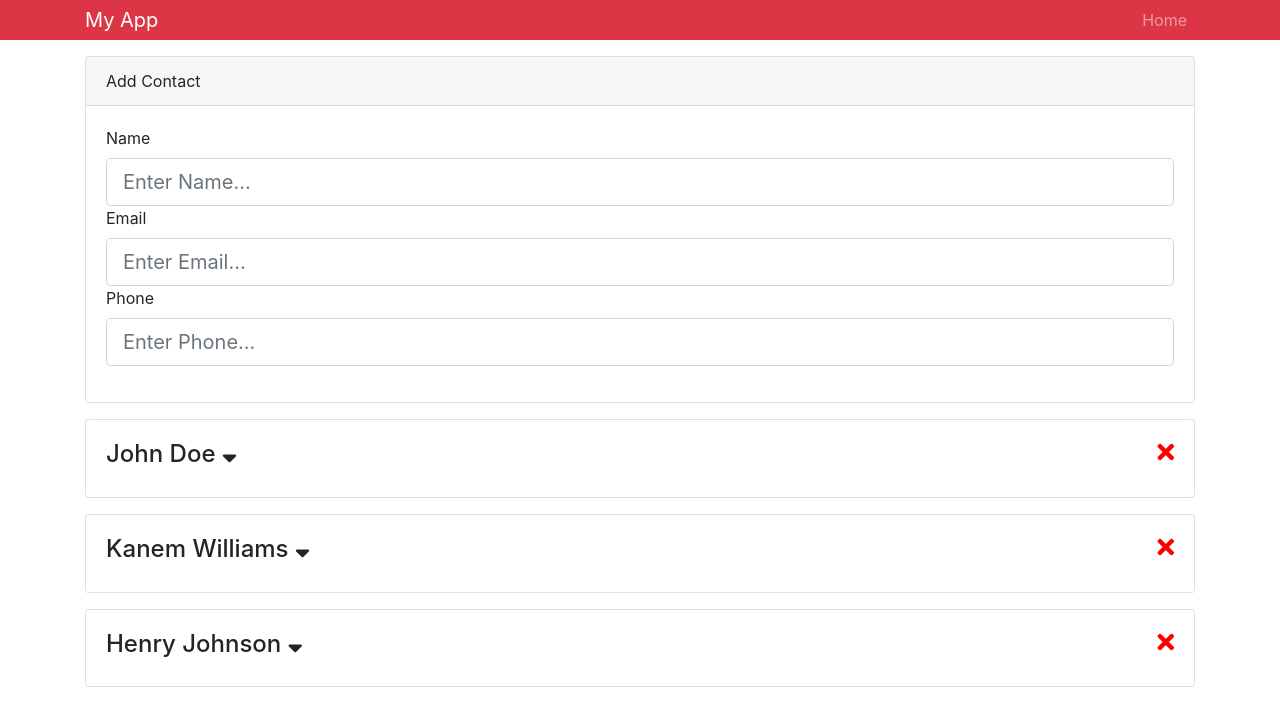
Repository: Mtbwka/contactmanager
Page: /
The author's editor kept a copy of each file at every save. The page is drawn from the files as they stood at one save, then again after a run of saves.
The browser window is 1280 px wide. The pictures show the whole page.
Some web libraries are served in a nearby version. The project was rebuilt for these pictures with package versions that can differ from the ones it lists, and the page was loaded fresh each time.

Above is the page before, as saved 2019-05-08 17:56:56.

### public/index.html
<!DOCTYPE html>
<html lang="en">
  <head>
    <meta charset="utf-8" />
    <link rel="shortcut icon" href="%PUBLIC_URL%/favicon.ico" />
    <meta
      name="viewport"
      content="width=device-width, initial-scale=1, shrink-to-fit=no"
    />
    <meta name="theme-color" content="#000000" />
    <link rel="stylesheet" href="https://use.fontawesome.com/releases/v5.1.1/css/all.css" integrity="sha384-O8whS3fhG2OnA5Kas0Y9l3cfpmYjapjI0E4theH4iuMD+pLhbf6JI0jIMfYcK3yZ" crossorigin="anonymous">
    <!--
      manifest.json provides metadata used when your web app is installed on a
      user's mobile device or desktop. See https://developers.google.com/web/fundamentals/web-app-manifest/
    -->
    <link rel="manifest" href="%PUBLIC_URL%/manifest.json" />
    <!--
      Notice the use of %PUBLIC_URL% in the tags above.
      It will be replaced with the URL of the `public` folder during the build.
      Only files inside the `public` folder can be referenced from the HTML.

      Unlike "/favicon.ico" or "favicon.ico", "%PUBLIC_URL%/favicon.ico" will
      work correctly both with client-side routing and a non-root public URL.
      Learn how to configure a non-root public URL by running `npm run build`.
    -->
    <title>React App</title>
  </head>
  <body>
    <noscript>You need to enable JavaScript to run this app.</noscript>
    <div id="root"></div>
    <!--
      This HTML file is a template.
      If you open it directly in the browser, you will see an empty page.

      You can add webfonts, meta tags, or analytics to this file.
      The build step will place the bundled scripts into the <body> tag.

      To begin the development, run `npm start` or `yarn start`.
      To create a production bundle, use `npm run build` or `yarn build`.
    -->
  </body>
</html>

### src/App.js
import React, { Component } from 'react';
import Contacts from './components/contacts/Contacts';
import Header from './components/layout/Header';
import AddContact from './components/contacts/AddContact';
import { Provider } from './context';

import 'bootstrap/dist/css/bootstrap.min.css';

class App extends Component {
  render() {
    return (
      <Provider>
        <div className='App'>
          <Header />
          <div className='container'>
            <AddContact />
            <Contacts />
          </div>
        </div>
      </Provider>
    );
  }
}

export default App;

### src/components/contacts/Contacts.js
import React, { Component } from 'react';
import Contact from './Contact.js';
import { Consumer } from '../../context';

class Contacts extends Component {
  render() {
    return (
      <Consumer>
        {value => {
          return (
            <React.Fragment>
              {value.contacts.map(contact => (
                <Contact key={contact.id} contact={contact} />
              ))}
            </React.Fragment>
          );
        }}
      </Consumer>
    );
  }
}

export default Contacts;

### src/components/layout/Header.js
import React from 'react';
import PropTypes from 'prop-types';

// export default function Header() {
//   return <div />;
// }

const Header = props => {
  const { branding } = props;
  return (
    <nav className="navbar navbar-expand-sm navbar-dark bg-danger mb-3 py-0">
      <div className="container">
        <a href="/" className="navbar-brand">{branding}</a>
        <div>
          <ul className="navbar-nav mr-auto">
            <li className="nav-item">
              <a href="/" className="nav-link">Home</a>
            </li>
          </ul>
        </div>
      </div>
    </nav>
  );
};

Header.defaultProps = {
  branding: 'My App'
};

Header.propTypes = {
  branding: PropTypes.string.isRequired
};

export default Header;

### src/components/contacts/AddContact.js
import React, { Component } from 'react';

class AddContact extends Component {
  state = {
    name: '',
    email: '',
    phone: ''
  };

  render() {
    return (
      <div className='card mb-3'>
        <div className='card-header'>Add Contact</div>
        <div className='card-body'>
          <form>
            <div className='form-group'>
              <label htmlFor='name'>Name</label>
              <input
                type='text'
                className='form-control form-control-lg'
                name='name'
                placeholder='Enter Name...'
              />
              <label htmlFor='email'>Email</label>
              <input
                type='email'
                className='form-control form-control-lg'
                name='email'
                placeholder='Enter Email...'
              />
              <label htmlFor='name'>Phone</label>
              <input
                type='text'
                className='form-control form-control-lg'
                name='phone'
                placeholder='Enter Phone...'
              />
            </div>
          </form>
        </div>
      </div>
    );
  }
}

export default AddContact;

### src/context.js
import React, { Component } from 'react';

const Context = React.createContext();

const reducer = (state, action) => {
  switch (action.type) {
    case 'DELETE_CONTACT':
      return {
        ...state,
        contacts: state.contacts.filter(
          contact => contact.id !== action.payload
        )
      };
    default:
      return state;
  }
};

export class Provider extends Component {
  state = {
    contacts: [
      {
        id: 1,
        name: 'John Doe',
        email: 'jdoe@gmail.com',
        phone: '555-555-5555'
      },
      {
        id: 2,
        name: 'Kanem Williams',
        email: 'karen@gmail.com',
        phone: '222-222-2222'
      },
      {
        id: 3,
        name: 'Henry Johnson',
        email: 'henry@gmail.com',
        phone: '111-111-1111'
      }
    ],
    dispatch: action => this.setState(state => reducer(state, action))
  };

  render() {
    return (
      <Context.Provider value={this.state}>
        {this.props.children}
      </Context.Provider>
    );
  }
}

export const Consumer = Context.Consumer;

### src/components/contacts/Contact.js
import React, { Component } from 'react';
import PropTypes from 'prop-types';
import { Consumer } from '../../context';

class Contact extends Component {
  state = {
    showContactInfo: false
  };

  onDeleteClick = (id, dispatch) => {
    dispatch({ type: 'DELETE_CONTACT', payload: id });
  };

  render() {
    const { id, name, email, phone } = this.props.contact;
    const { showContactInfo } = this.state;

    return (
      <Consumer>
        {value => {
          const { dispatch } = value;
          return (
            <div className='card card-body mb-3'>
              <h4>
                {name}{' '}
                <i
                  onClick={() =>
                    this.setState({
                      showContactInfo: !this.state.showContactInfo
                    })
                  }
                  className='fas fa-sort-down'
                  style={{ cursor: 'pointer' }}
                />
                <i
                  className='fas fa-times'
                  style={{ float: 'right', cursor: 'pointer', color: 'red' }}
                  onClick={this.onDeleteClick.bind(this, id, dispatch)}
                />
              </h4>
              {showContactInfo ? (
                <ul className='list-group'>
                  <li className='list-group-item'>Email:{email}</li>
                  <li className='list-group-item'>Phone:{phone}</li>
                </ul>
              ) : null}
            </div>
          );
        }}
      </Consumer>
    );
  }
}

Contact.propTypes = {
  contact: PropTypes.object.isRequired
};
export default Contact;

Loaded but not shown: src/index.js (common file); src/serviceWorker.js (common file)

After the next 2 saves:
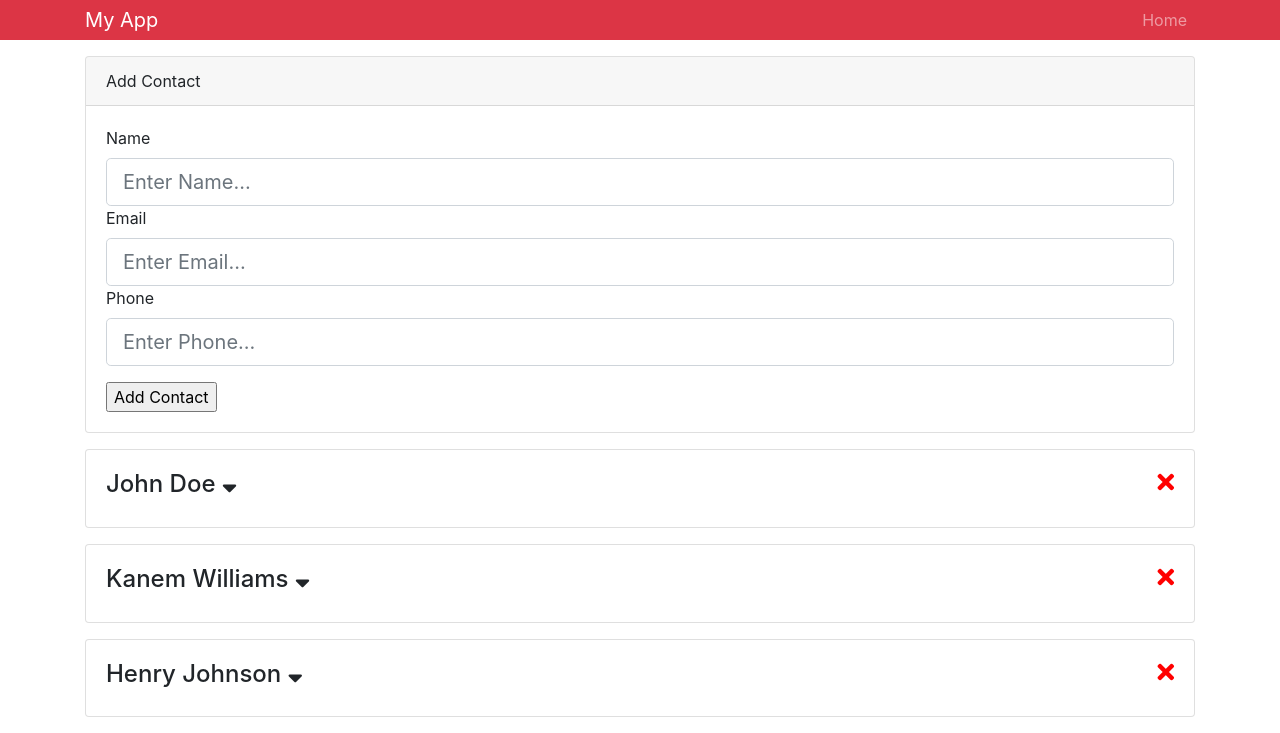
The 2 saves are shown as one change because 1 did not build or start.
The last was saved 39 s later.
--- a/src/components/contacts/AddContact.js
+++ b/src/components/contacts/AddContact.js
@@ -36,6 +36,7 @@ class AddContact extends Component {
                 placeholder='Enter Phone...'
               />
             </div>
+            <input type='submit' value='Add Contact' />
           </form>
         </div>
       </div>
